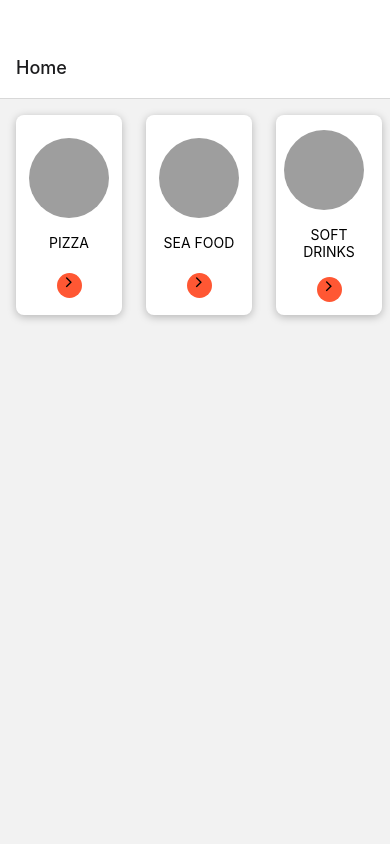
Repository: Esraa22M/ReactNative
Screen: /
An editor plug-in stored every save of this project. The screen is shown before and after the next save, followed by the edit.
Pictures or frames that could not be fetched are drawn as grey boxes. The app was drawn by React Native's web renderer in a window 390 px wide. The project was rebuilt for these pictures with package versions that can differ from the ones it lists, and the page was loaded fresh each time. Also part of the build but not shown: src/components/header/header.component.js, src/colors/front-screen-colors/user-auth-colors.js, src/components/header/header.styles.js, src/components/textInput/textInput.styles.js, src/components/textInput/textInput.components.jsx, src/components/singup-form-body/singup-form-body.components.js, src/screens/front-screen/Singup/singup-screen.screens.jsx, src/authentication/api/login-info.js and 2 more.

Above is the screen before, as saved 2023-09-21 02:28:47.

### App.js
import { SafeAreaView } from "react-native";
import { singupStyles } from "./src/screens/front-screen/Singup/singup-screen.styles";
import { Singup } from "./src/screens/front-screen/Singup/singup-screen.screens";
import UserCard from "./src/screens/front-screen/user-card/user-card.screens";
import { NavigationContainer } from "@react-navigation/native";
import { createStackNavigator } from "@react-navigation/stack";
import { Home } from "./src/screens/front-screen/home/home.screens";
const Stack = createStackNavigator();
export default function App() {
  return (
    <SafeAreaView style={singupStyles.container}>
      {/* <UserCard /> */}
      <NavigationContainer>
        <Stack.Navigator>
          <Stack.Screen name="Home" component={Home} />
        </Stack.Navigator>
      </NavigationContainer>
    </SafeAreaView>
  );
}

### src/screens/front-screen/Singup/singup-screen.styles.jsx
import { StyleSheet } from "react-native";
export const singupStyles = StyleSheet.create({
  container: { flex: 1, marginTop: 35 },
});

### src/screens/front-screen/home/home.screens.js
import { View, Text } from "react-native";
import { Categories } from "../../../components/categories/categories.components";
export const Home = () => {
  return (
    <>
      <Categories />
    </>
  );
};

### src/components/categories/categories.components.js
import { categories } from "../../data/dummay__data";
import { FlatList } from "react-native";
import { CategoryItem } from "./category-item.components";
export const Categories = () => {
  function renderCategoryItem(itemData) {
    return <CategoryItem item={itemData.item} />;
  }
  return (
    <FlatList
      numColumns={3}
      data={categories}
      renderItem={renderCategoryItem}
      keyExtractor={(item) => item.id}
    />
  );
};

### src/data/dummay__data.js
import { Category } from "../modal/category.modals";
export const categories = [
  new Category(
    "1pizza",
    "Pizza",
    "https://img.freepik.com/free-vector/flying-slice-pizza-cartoon-vector-illustration-fast-food-concept-isolated-vector-flat-cartoon-style_138676-1934.jpg?w=740&t=st=1695067102~exp=1695067702~hmac=7d47136b0dff2be87480dc1a22a28658daa67f706d90b59d117303a312dc6c16"
  ),
  new Category(
    "sea_food2",
    "sea food",
    "https://img.freepik.com/free-vector/seafood-products-set_98292-1624.jpg?w=740&t=st=1695067277~exp=1695067877~hmac=62082bdd900b5c830349f2bb8f3cd3466fcfb5395c4f24459194aeaeb256cb2c"
  ),
  new Category(
    "3softDrinks",
    "soft drinks",
    "https://img.freepik.com/free-vector/soda-cups-drink_24877-57922.jpg?w=740&t=st=1695067422~exp=1695068022~hmac=60b80d144880f8a8413a85c867ecfc35a38170c71354acfc84aa5b82ae30d594"
  ),
];

### src/components/categories/category-item.components.js
import { View, Text, Image, StyleSheet, Pressable } from "react-native";
import { HomeColors } from "../../colors/front-screen-colors/home-colors";
import { IconButton } from "../icon-button/icon-button.components";
export const CategoryItem = ({ item }) => {
  const { name, image } = item;
  console.log(item);
  return (
    <View style={styles.container}>
      <Pressable>
        <Image source={{ uri: image }} style={styles.image} />
        <Text style={styles.categoryName}>{name}</Text>
        <View style={styles.iconContainer}>
          <IconButton name="angle-right" size={18} style={styles.angleRight} />
        </View>
      </Pressable>
    </View>
  );
};
const styles = StyleSheet.create({
  container: {
    flex: 1,
    height: 200,
    justifyContent: "space-around",
    flexDirection: "column",
    backgroundColor: HomeColors.LIGHT_COLOR,
    alignItems: "center",
    shadowColor: "black",
    shadowOpacity: 0.25,
    shadowOffset: { width: 0, height: 2 },
    shadowRadius: 8,
    marginVertical: 16,
    marginLeft: 16,
    marginRight: 8,
    elevation: 4,
    alignItems: "center",
    borderRadius: 8,
  },
  image: {
    width: 80,
    height: 80,
    borderRadius: 80 / 2,
    margin: 8,
  },
  categoryName: {
    textAlign: "center",
    textTransform: "uppercase",
    justifyContent: "center",
    alignItems: "center",
    margin: 8,
    flex: 1,
  },
  angleRight: {
    backgroundColor: HomeColors.DARK_COLOR,
    alignItems: "center",
    width: 25,
    height: 25,
    borderRadius: 25 / 2,
    margin: 8,
  },
  iconContainer: {
    justifyContent: "center",
    alignItems: "center",
    textAlign: "center",
    flex: 1,
  },
});

### src/modal/category.modals.js
export class Category {
  constructor(id, name, image) {
    this.id = id;
    this.name = name;
    this.image = image;
  }
}

### src/colors/front-screen-colors/home-colors.js
export const HomeColors = {
  LIGHT_COLOR: "white",
  ACTIVE_COLOR: "#FFBF00",
  DARK_COLOR: "#FF5733",
};

### src/components/icon-button/icon-button.components.js
import { Pressable, StyleSheet } from "react-native";
import { FontAwesome } from "@expo/vector-icons";
export const IconButton = ({ name, color, size, ...props }) => {
  return (
    <Pressable {...props}>
      <FontAwesome name={name} size={size} color={color}></FontAwesome>
    </Pressable>
  );
};

After the next save:
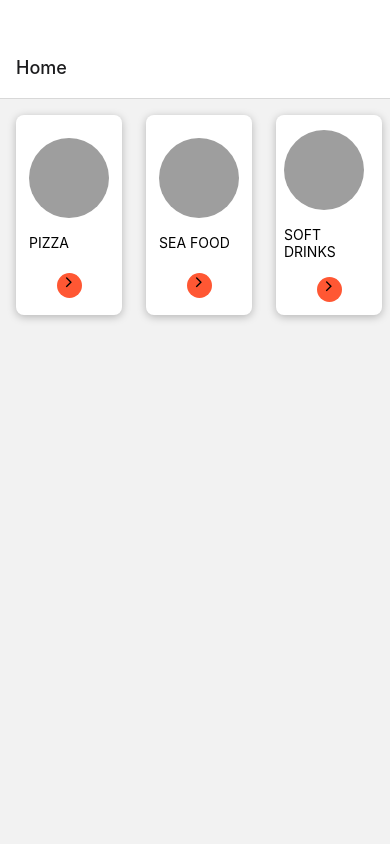
Saved 45 s later.
--- a/src/components/categories/category-item.components.js
+++ b/src/components/categories/category-item.components.js
@@ -42,7 +42,6 @@
     margin: 8,
   },
   categoryName: {
-    textAlign: "center",
     textTransform: "uppercase",
     justifyContent: "center",
     alignItems: "center",

After the save that followed:
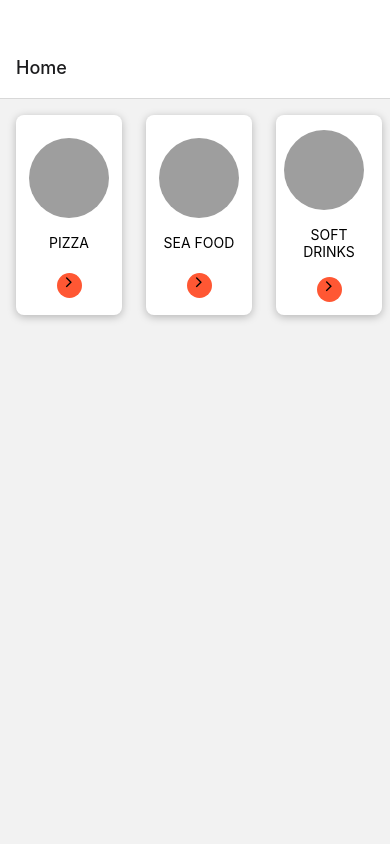
Saved 41 s later.
--- a/src/components/categories/category-item.components.js
+++ b/src/components/categories/category-item.components.js
@@ -44,6 +44,7 @@
   categoryName: {
     textTransform: "uppercase",
     justifyContent: "center",
+    textAlign: "center",
     alignItems: "center",
     margin: 8,
     flex: 1,
